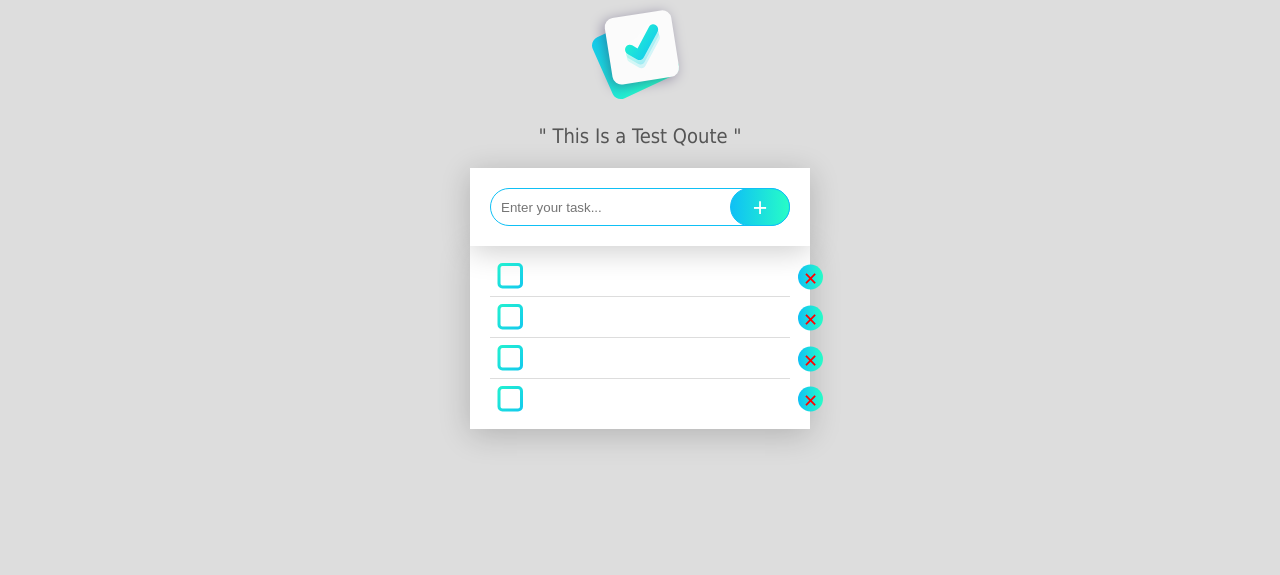
Repository: ahmedhamed15/React-Todo
Page: /
An editor plug-in stored every save of this project. The page is shown before and after a run of saves, followed by the edit.
The browser window is 1280 px wide. The pictures show the whole page.
The project was rebuilt for these pictures with package versions that can differ from the ones it lists, and the page was loaded fresh each time.

Above is the page before, as saved 2021-07-26 23:57:45.

After the next 4 saves:
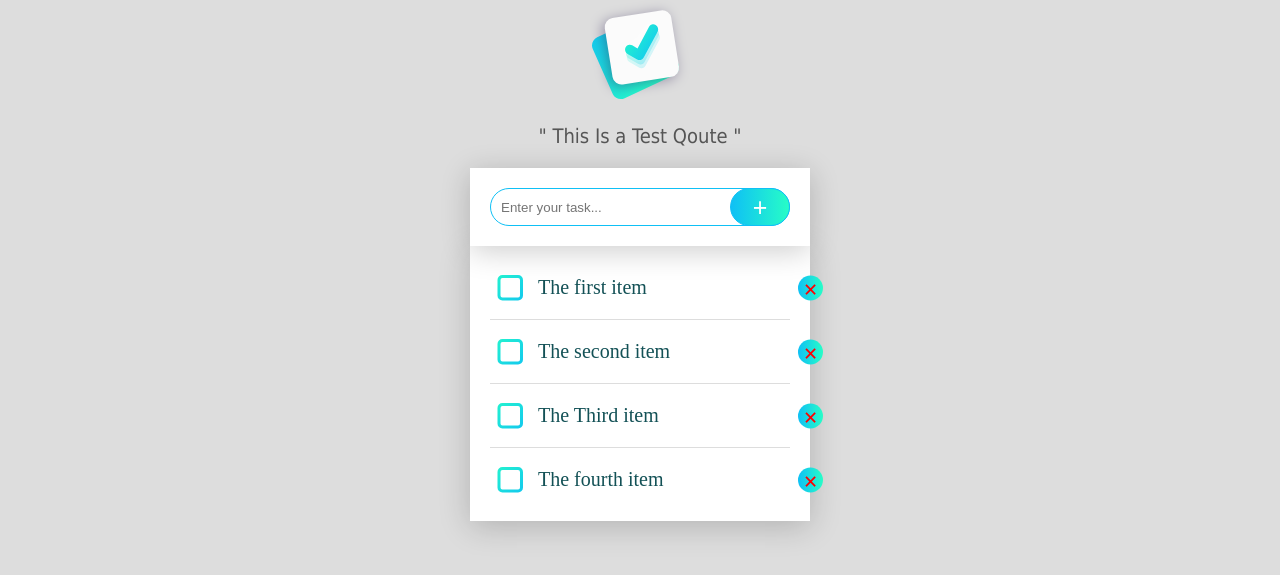
The 4 saves are shown as one change because 2 did not build or start and some came seconds apart.
The last was saved 43 s later.
--- a/src/components/Todos/TodoItem/index.js
+++ b/src/components/Todos/TodoItem/index.js
@@ -1,8 +1,7 @@
 import "./style.scss"
 
 const index = (props) => {
-    const { item } = props;
-    console.log(item);
+    const { task } = props;
     return (
         <section className="todo-item">
             <label className="todo">
@@ -15,7 +14,7 @@ const index = (props) => {
                     <use xlinkHref="#todo__circle" className="todo__circle"></use>
                 </svg>
 
-                <div className="todo__text"> {item} </div>
+                <div className="todo__text"> {task.title} </div>
 
 
             </label>
